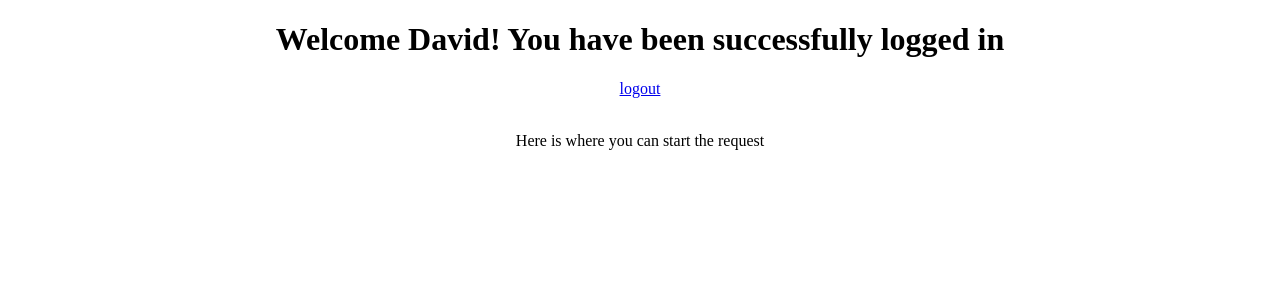
Repository: jrule5960/Tree-Cutting-Database
Page: http://localhost/database/DavidSmithView.jsp
The author's editor kept a copy of each file at every save. The page is drawn from the files as they stood at one save, then again after the next save.
The browser window is 1280 px wide. The pictures show the whole page.
The page is served by Tomcat 9. Other server files are loaded and not shown.

Above is the page before, as saved 2023-10-16 20:34:11.

### database/WebContent/DavidSmithView.jsp
<%@ page language="java" contentType="text/html; charset=ISO-8859-1"
    pageEncoding="ISO-8859-1"%>
<%@ taglib uri="http://java.sun.com/jsp/jstl/core" prefix="c" %>

<!DOCTYPE html>
<html>
<head>
<meta charset="ISO-8859-1">
<title>Client page</title>
</head>

<center><h1>Welcome David! You have been successfully logged in</h1> </center>


	<body>
	 <center>
		 <a href="login.jsp"target ="_self" > logout</a><br><br>
		 <p> Here is where you can start the request </p>
		 </center>
	</body>
</html>

After the next save:
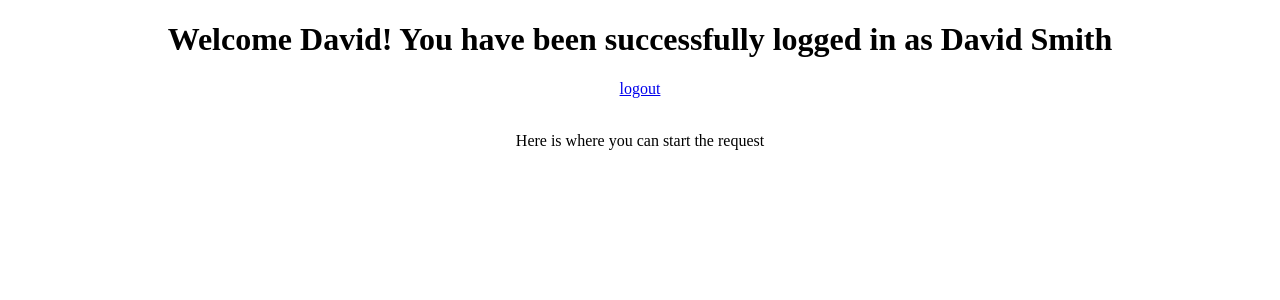
Saved 43 s later.
--- a/database/WebContent/DavidSmithView.jsp
+++ b/database/WebContent/DavidSmithView.jsp
@@ -9,7 +9,7 @@
 <title>Client page</title>
 </head>
 
-<center><h1>Welcome David! You have been successfully logged in</h1> </center>
+<center><h1>Welcome David! You have been successfully logged in as David Smith</h1> </center>
 
 
 	<body>
